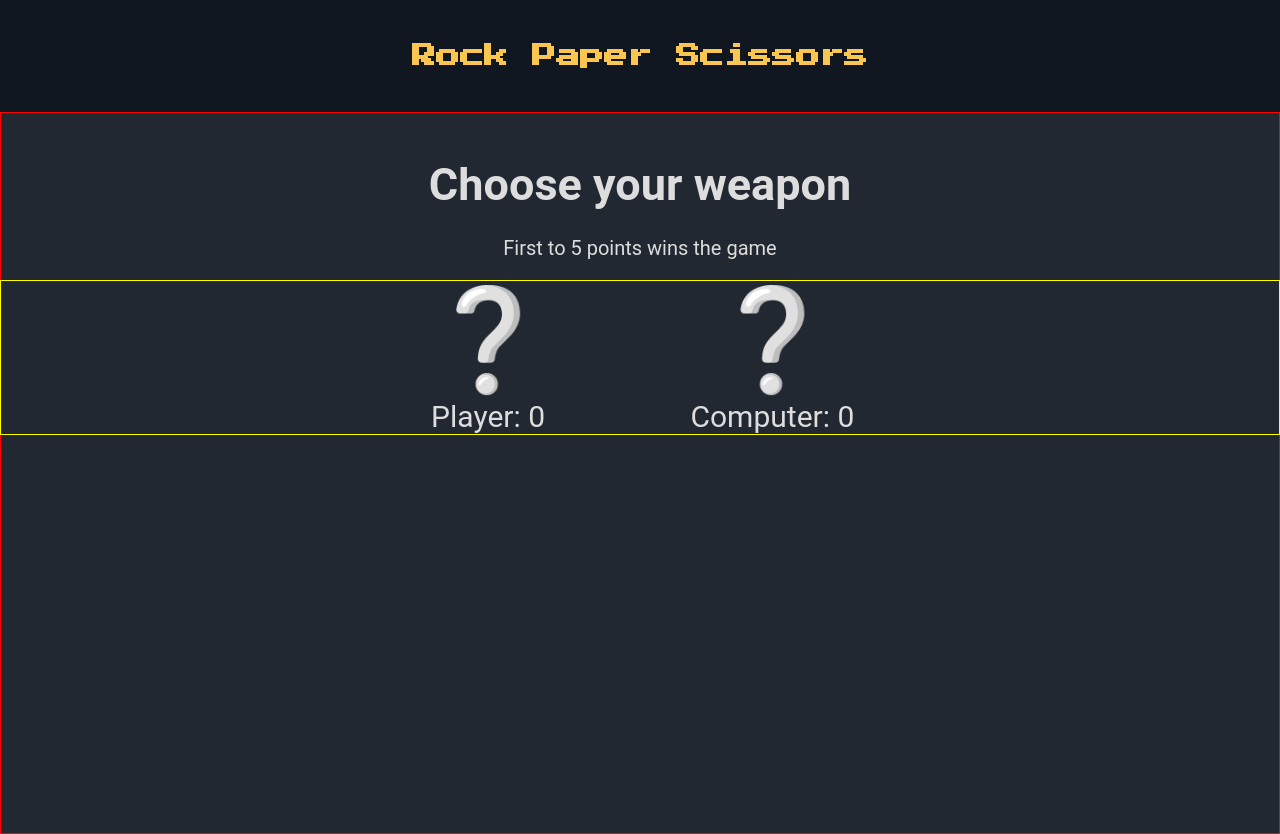
Repository: Aaryan-Poria/Rock-Paper-Scissors
Page: index.html
An editor plug-in stored every save of this project. The page is shown before and after the next save, followed by the edit.
The browser window is 1280 px wide. The pictures show the whole page.

Above is the page before, as saved 2023-08-22 23:03:11.

After the next save:
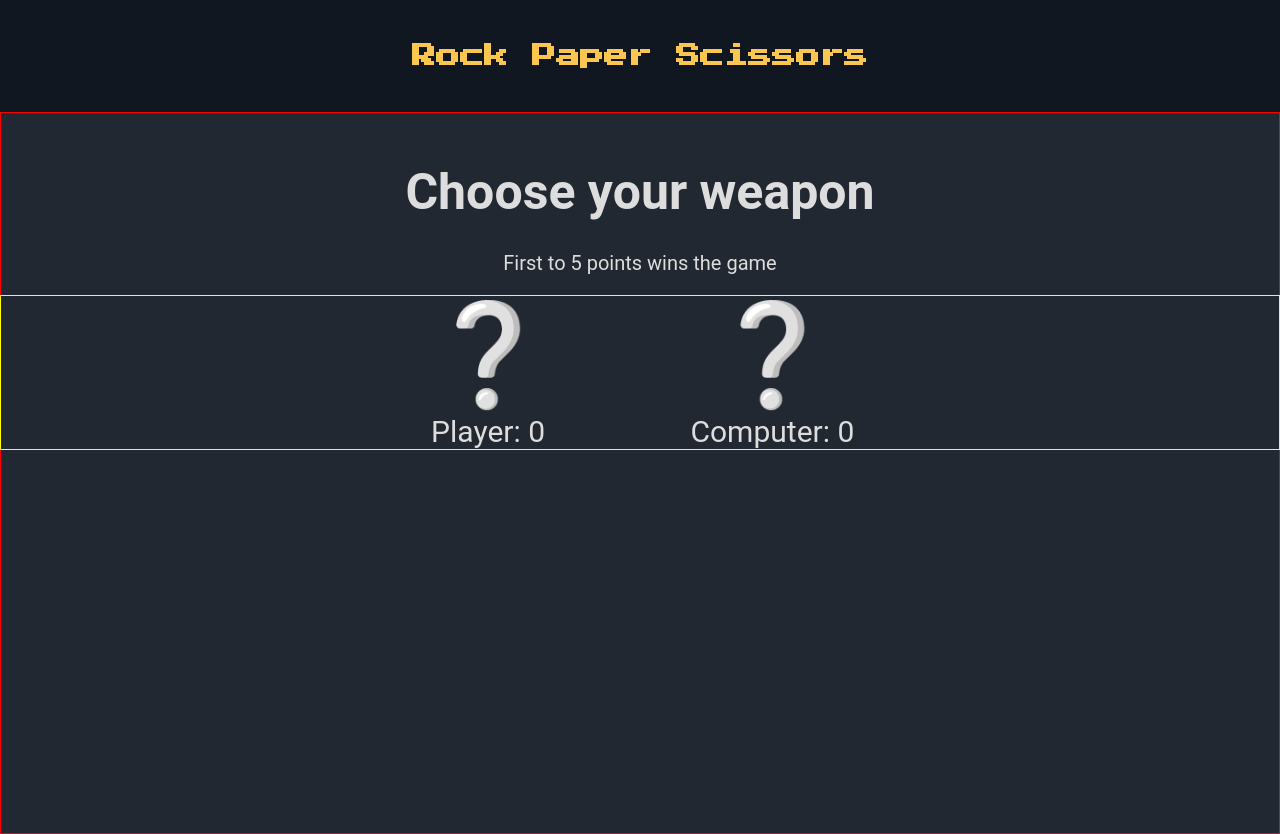
Saved 5 s later.
--- a/style.css
+++ b/style.css
@@ -35,7 +35,7 @@ body {
   align-items: center;
 }
 .main-text > h3 {
-  font-size: 45px;
+  font-size: 50px;
 }
 .main-text > p {
   font-size: 20px;
